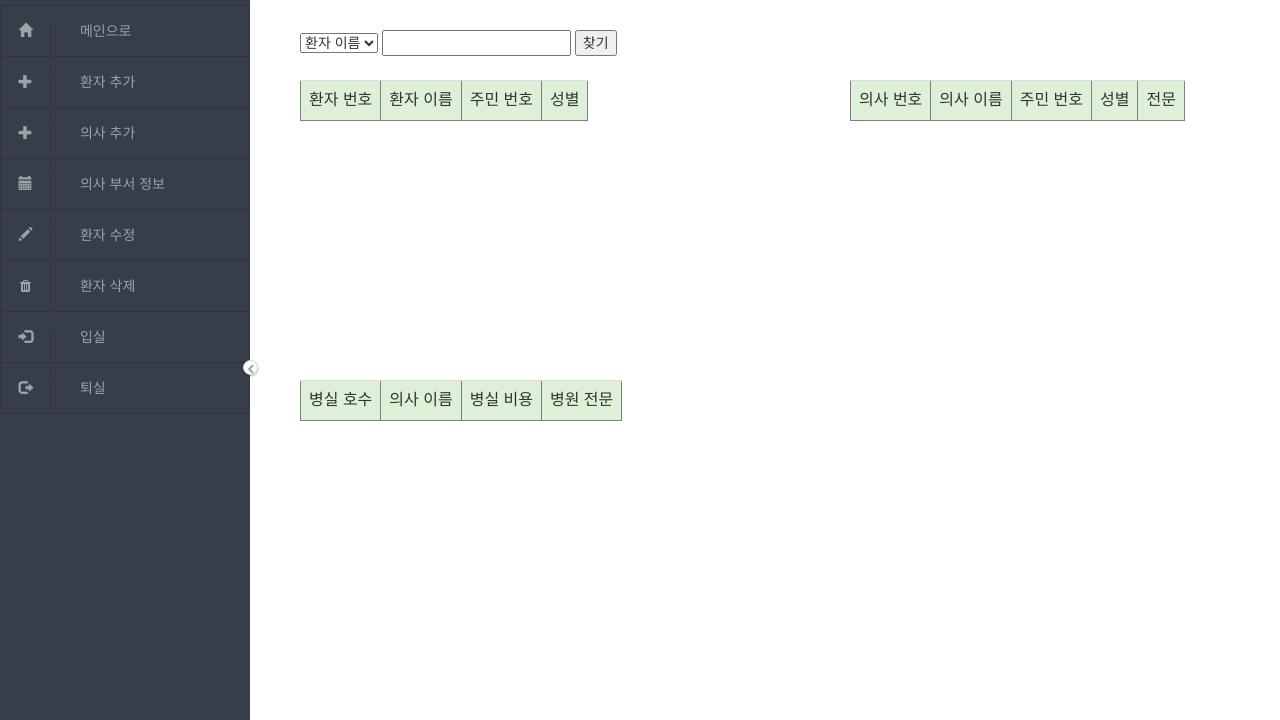
Repository: qaws1134/Hospital_manager
Page: http://localhost/project/main.jsp
The author's editor kept a copy of each file at every save. The page is drawn from the files as they stood at one save, then again after the next save.
The browser window is 1280 px wide. The pictures show the whole page.
Some web libraries are served in a nearby version. The page is served by Tomcat 9. The template is opened directly, without the code that normally fills it, so the values that code supplies are empty.

Above is the page before, as saved 2017-12-09 17:12:19.
Console error (its wording comes from the project's code and is left out).

After the next save:
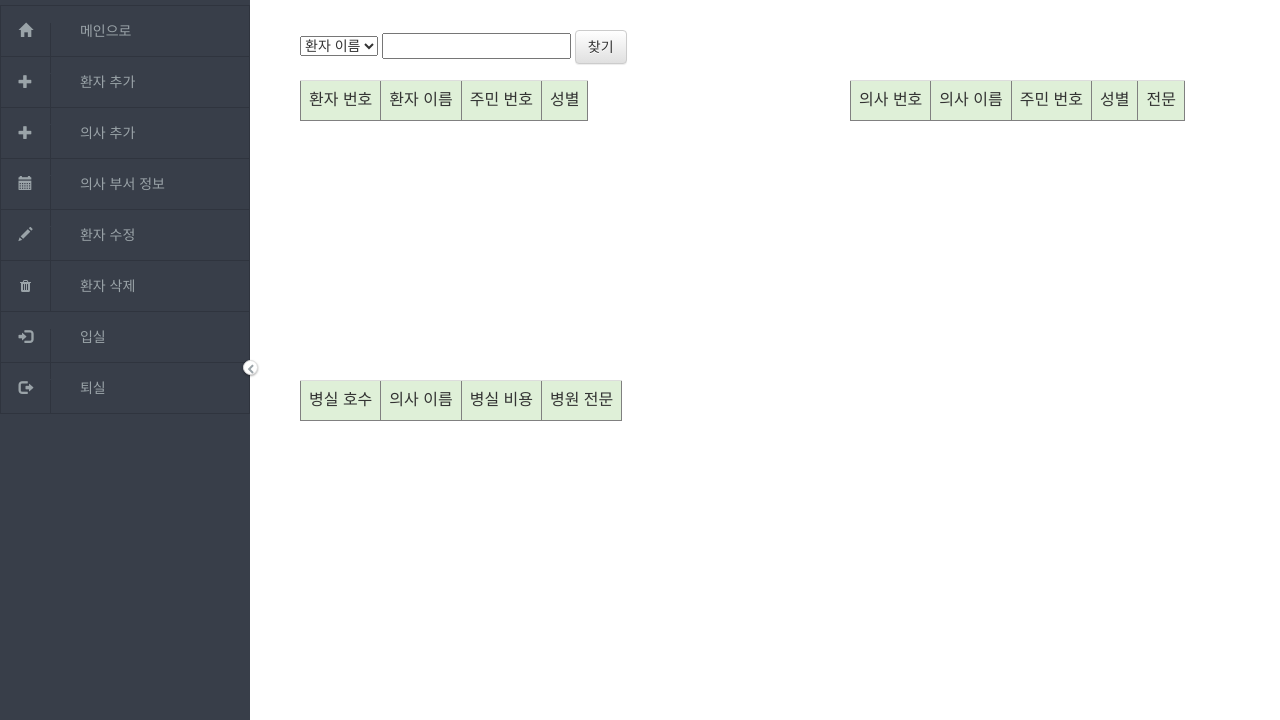
Saved 50 s later.
--- a/project/WebContent/main.jsp
+++ b/project/WebContent/main.jsp
@@ -214,7 +214,7 @@ nav ul li a span {
 		<option value="d_cls">병원 종류</option>
 	</select>
 	<input type="text" name="searchValue"  >
-	<input type="submit"  value="찾기">
+	<input type="submit"  value="찾기" class="btn btn-default">
 </form>
 </section>
 
